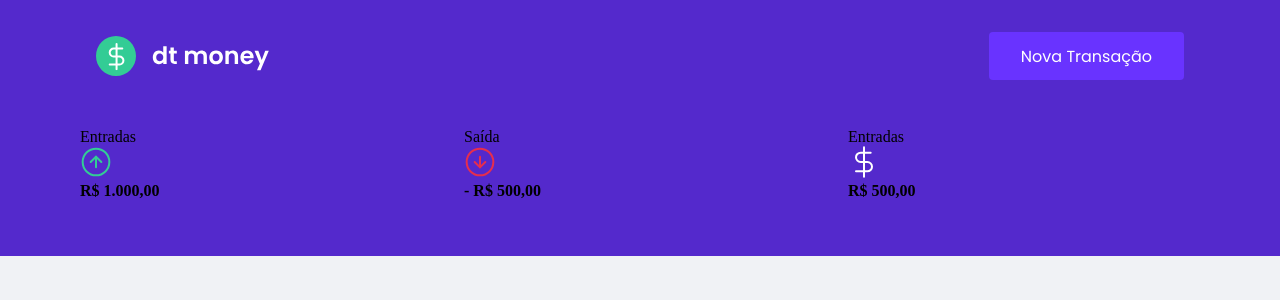
Repository: viniciusfg05/vlmoney
Page: /
An editor plug-in stored every save of this project. The page is shown before and after the next save, followed by the edit.
The browser window is 1280 px wide. The pictures show the whole page.
The project was rebuilt for these pictures with package versions that can differ from the ones it lists, and the page was loaded fresh each time.

Above is the page before, as saved 2022-02-21 14:28:24.

### public/index.html
<!DOCTYPE html>
<html lang="en">
  <head>
    <link rel="preconnect" href="https://fonts.googleapis.com" />

    <meta charset="utf-8" />
    <meta name="viewport" content="width=device-width, initial-scale=1" />

    <link rel="shortcut icon" href="favicon.png" type="image/png" />

    <link rel="preconnect" href="https://fonts.gstatic.com" crossorigin />
    <link
      href="https://fonts.googleapis.com/css2?family=Poppins:wght@400;600&display=swap"
      rel="stylesheet"
    />
    <title>VlMoney</title>
  </head>
  <body>
    <noscript>You need to enable JavaScript to run this app.</noscript>
    <div id="root"></div>
  </body>
</html>

### src/App.tsx
import { Dashboard } from './components/Dashboards';
import { Header } from './components/Header';
import { GlobalStyles } from './styles/global';

export function App() {
  return (
    <>
      <Header />
      <Dashboard />
      <GlobalStyles />
    </>
  );
}

//export default App: pq nao usar que quem defini o nome da exportação é o importação e não a exportação

### src/components/Dashboards/index.tsx
import { Summary } from "../summary";
import { Container } from "./styles";

 export function Dashboard() {
   return (
    <Container>
    <Summary />
    </Container>
   )
 }

### src/components/Header/index.tsx
import logoImg from '../../assets/logo.svg'
import { Container, Content } from './styles'

export function Header() {
  return (
    <Container>
      <Content>
        <img src={logoImg} alt="vlmoney" />
        <button>
          Nova Transação
        </button>
      </Content>
    </Container>
  )
}

### src/styles/global.ts
import { createGlobalStyle } from 'styled-components'

export const GlobalStyles = createGlobalStyle`
  :root {
    --background: #f0f2f5;
    --roxo: #5429CC;
    --roxo-light: #6933FF;
    --green: #33CC95;
    --red: #E62E4D;
    --shape: #FFFFFF;
    --title-body: #363F5F;
    --text-body: #969CB3;
  }

  *{
    margin: 0;
    padding: 0;
    box-sizing: border-box;
  }

  html {
    @media (max-width: 1080px) {
      font-size: 93.75%; // 15px
    }

    @media (max-width: 720px) {
      font-size: 87.5%; // 15px
    }
  }

  body {
    background: var(--background) ;
    -webkit-font-smothing: antialiased; //para font ficar mais nitida
  }

  border-style, input, textarea, button {
    font-family: "Poppins", sans-serif;
    font-weight: 400;
  }

  h1, h2, h3, h4, h5, h6, strong {
    font-weight: 600;
  }

  button {
    cursor: pointer;
  }

  [disabled] {
    opacity: 0.6;
    cursor: not-allowed; //nao permitido
  }
`

### src/components/summary/index.tsx
import incomeImg from '../../assets/income.svg';
import outcomeImg from '../../assets/outcome.svg';
import totalImg from '../../assets/total.svg';


import { Container } from "./styles";

 export function Summary() {
  return (

    <Container >
      <div>
        <header>
          <p>Entradas</p>
          <img src={incomeImg} alt="Entradas" />
        </header>
        <strong>R$ 1.000,00</strong>
      </div>

      <div>
        <header>
          <p>Saída</p>
          <img src={outcomeImg} alt="Saidas" />
        </header>
        <strong>- R$ 500,00</strong>
      </div>

      <div>
        <header>
          <p>Entradas</p>
          <img src={totalImg} alt="total" />
        </header>
        <strong>R$ 500,00</strong>
      </div>
    </Container >
  )
 }

### src/components/Dashboards/styles.ts
import styled from "styled-components";

 export const Container = styled.main`
  max-width: 1120px;
  margin: 0 auto;
  padding: 2.5 1rem;
 `;

### src/components/Header/styles.ts
import styled from 'styled-components'

export const Container = styled.header`
  background-color: var(--roxo);
`;

export const Content = styled.div`
  max-width: 1120px;
  margin: 0 auto;

  padding: 2rem 1rem 11rem;

  display: flex;
  align-items: center;
  justify-content: space-between;

  button{
    font-size:  1rem;
    color: #fff;
    background: var(--roxo-light);
    border: 0;
    padding: 0 2rem;
    border-radius: 0.25rem;
    height: 3rem;
    transition: 0.3s;

    &:hover {
      filter:brightness(0.9)
    }
  }
`;

### src/components/summary/styles.ts
import styled from "styled-components";

 export const Container = styled.div`
  display: grid;
  grid-template-columns: repeat(3, 1fr);
  gap: 2rem;
  margin-top: -8rem;
 `;

Loaded but not shown: src/index.tsx (common file)

After the next save:
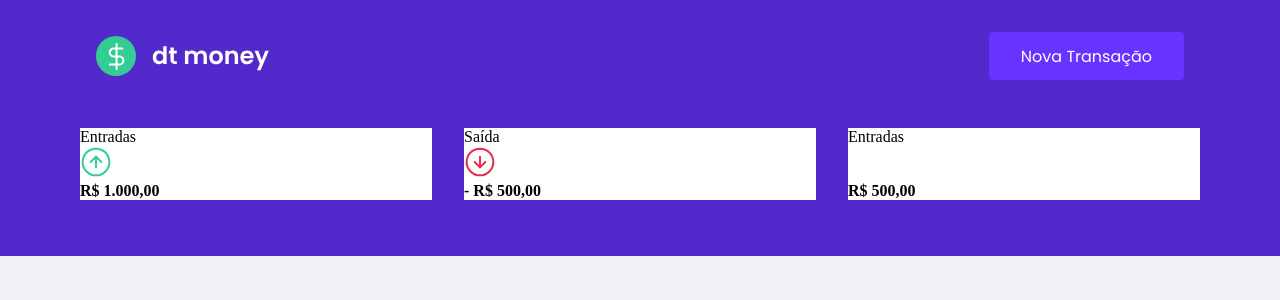
Saved 17 s later.
--- a/src/components/summary/styles.ts
+++ b/src/components/summary/styles.ts
@@ -5,4 +5,8 @@ import styled from "styled-components";
   grid-template-columns: repeat(3, 1fr);
   gap: 2rem;
   margin-top: -8rem;
+
+  div{
+    background: var(--shape);
+  }
  `;
